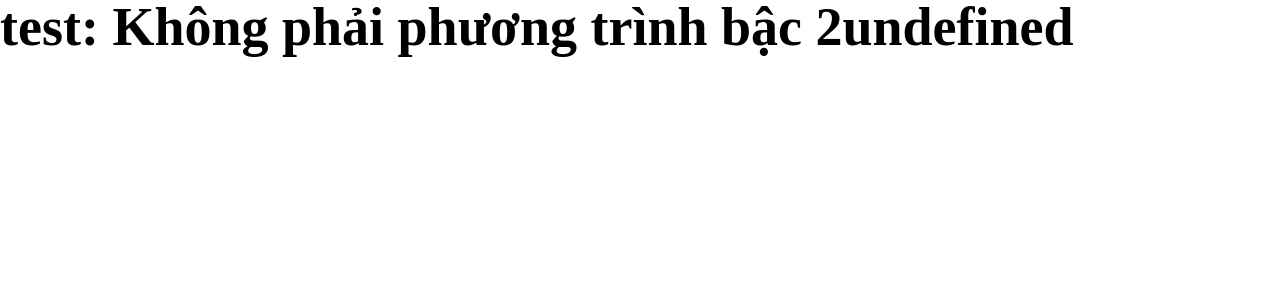
Repository: letrongtinh27/LapTrinhWeb
Page: PhuongTrinhBac2/index.html
The author's editor kept a copy of each file at every save. The page is drawn from the files as they stood at one save, then again after the next save.
The browser window is 1280 px wide. The pictures show the whole page.

Above is the page before, as saved 2022-10-13 17:15:36.

After the next save:
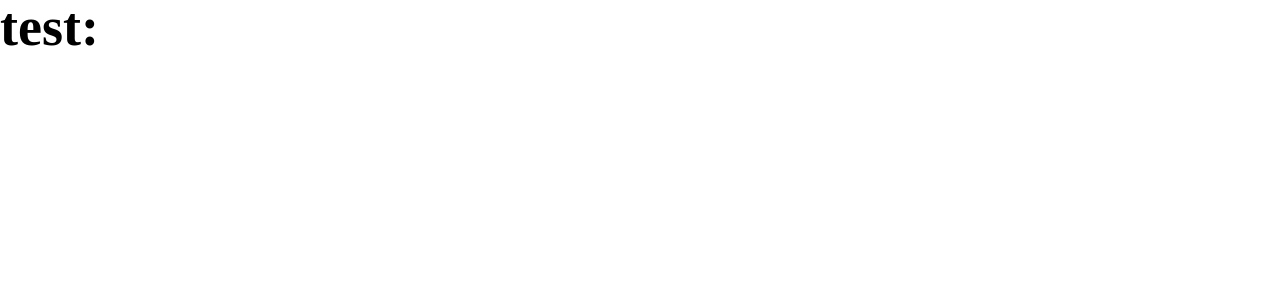
Saved 29 s later.
--- a/PhuongTrinhBac2/main.js
+++ b/PhuongTrinhBac2/main.js
@@ -1,37 +1,37 @@
-function ptb2(a, b, c) {
-    let delta = Math.pow(b,2);
-    if(a==0) {
-        document.write("Không phải phương trình bậc 2")
-    }
-    // let delta = Math.pow(b, 2) - 4 * a * c ;
-    // console.log(delta);
-    // if(a==0){
-        //     document.writeln("Không Phải Phương Trình Bậc 2");
-        // } else if(delta < 0) {
-            //     document.write("Phương Trình vô Ngiệm");
-            // } else if(delta = 0) {
-                //     var x = -(b/(2*a));
-                //     document.write("Phương Trình Có Ngiệm Kép = " + x);
-                // } else if(delta >0) {
-                    //     var x1 = (-(b + Math.sqrt(delta)) / (2 *a));
-                    //     var x2 = (-(b - Math.sqrt(delta)) / (2 *a));
-                    //     document.write("Phương Trình Có 2 Ngiệm Phân Biệt: " + "x1 = " + x1 + " x2= " + x2);
-                    // }
+// function ptb2(a, b, c) {
+//     let delta = Math.pow(b,2);
+//     if(a==0) {
+//         document.write("Không phải phương trình bậc 2")
+//     }
+//     // let delta = Math.pow(b, 2) - 4 * a * c ;
+//     // console.log(delta);
+//     // if(a==0){
+//         //     document.writeln("Không Phải Phương Trình Bậc 2");
+//         // } else if(delta < 0) {
+//             //     document.write("Phương Trình vô Ngiệm");
+//             // } else if(delta = 0) {
+//                 //     var x = -(b/(2*a));
+//                 //     document.write("Phương Trình Có Ngiệm Kép = " + x);
+//                 // } else if(delta >0) {
+//                     //     var x1 = (-(b + Math.sqrt(delta)) / (2 *a));
+//                     //     var x2 = (-(b - Math.sqrt(delta)) / (2 *a));
+//                     //     document.write("Phương Trình Có 2 Ngiệm Phân Biệt: " + "x1 = " + x1 + " x2= " + x2);
+//                     // }
 
-                    console.log(a);
-                    console.log(b);
-                    console.log(c);
-                    console.log(delta);
-}
-// var a = 1;
-// var b = -49;
-// var c = -50;
-// var result = ptb2(0, 1, 2);
-// console.log(result);
-// document.write("Phương Trình: " + a+"x^2" + b+"x" + c + "= " + result);
-let a = 0;
-let b =2;
-let c = 3;
+//                     console.log(a);
+//                     console.log(b);
+//                     console.log(c);
+//                     console.log(delta);
+// }
+// // var a = 1;
+// // var b = -49;
+// // var c = -50;
+// // var result = ptb2(0, 1, 2);
+// // console.log(result);
+// // document.write("Phương Trình: " + a+"x^2" + b+"x" + c + "= " + result);
+// let a = 0;
+// let b =2;
+// let c = 3;
 
-let result = ptb2(a,b,c);
-document.write(result);
+// let result = ptb2(a,b,c);
+// document.write(result);

After the save that followed:
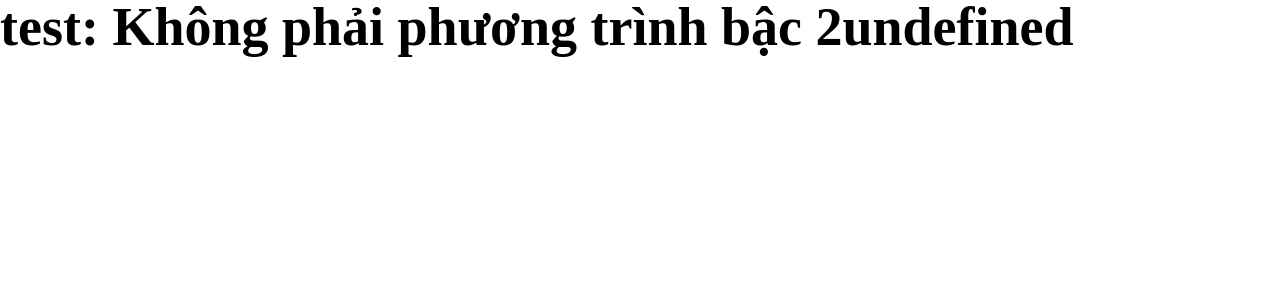
Saved 4 s later.
--- a/PhuongTrinhBac2/main.js
+++ b/PhuongTrinhBac2/main.js
@@ -1,37 +1,37 @@
-// function ptb2(a, b, c) {
-//     let delta = Math.pow(b,2);
-//     if(a==0) {
-//         document.write("Không phải phương trình bậc 2")
-//     }
-//     // let delta = Math.pow(b, 2) - 4 * a * c ;
-//     // console.log(delta);
-//     // if(a==0){
-//         //     document.writeln("Không Phải Phương Trình Bậc 2");
-//         // } else if(delta < 0) {
-//             //     document.write("Phương Trình vô Ngiệm");
-//             // } else if(delta = 0) {
-//                 //     var x = -(b/(2*a));
-//                 //     document.write("Phương Trình Có Ngiệm Kép = " + x);
-//                 // } else if(delta >0) {
-//                     //     var x1 = (-(b + Math.sqrt(delta)) / (2 *a));
-//                     //     var x2 = (-(b - Math.sqrt(delta)) / (2 *a));
-//                     //     document.write("Phương Trình Có 2 Ngiệm Phân Biệt: " + "x1 = " + x1 + " x2= " + x2);
-//                     // }
+function ptb2(a, b, c) {
+    let delta = Math.pow(b,2);
+    if(a==0) {
+        document.write("Không phải phương trình bậc 2")
+    }
+    // let delta = Math.pow(b, 2) - 4 * a * c ;
+    // console.log(delta);
+    // if(a==0){
+        //     document.writeln("Không Phải Phương Trình Bậc 2");
+        // } else if(delta < 0) {
+            //     document.write("Phương Trình vô Ngiệm");
+            // } else if(delta = 0) {
+                //     var x = -(b/(2*a));
+                //     document.write("Phương Trình Có Ngiệm Kép = " + x);
+                // } else if(delta >0) {
+                    //     var x1 = (-(b + Math.sqrt(delta)) / (2 *a));
+                    //     var x2 = (-(b - Math.sqrt(delta)) / (2 *a));
+                    //     document.write("Phương Trình Có 2 Ngiệm Phân Biệt: " + "x1 = " + x1 + " x2= " + x2);
+                    // }
 
-//                     console.log(a);
-//                     console.log(b);
-//                     console.log(c);
-//                     console.log(delta);
-// }
-// // var a = 1;
-// // var b = -49;
-// // var c = -50;
-// // var result = ptb2(0, 1, 2);
-// // console.log(result);
-// // document.write("Phương Trình: " + a+"x^2" + b+"x" + c + "= " + result);
-// let a = 0;
-// let b =2;
-// let c = 3;
+                    console.log(a);
+                    console.log(b);
+                    console.log(c);
+                    console.log(delta);
+}
+// var a = 1;
+// var b = -49;
+// var c = -50;
+// var result = ptb2(0, 1, 2);
+// console.log(result);
+// document.write("Phương Trình: " + a+"x^2" + b+"x" + c + "= " + result);
+let a = 0;
+let b =2;
+let c = 3;
 
-// let result = ptb2(a,b,c);
-// document.write(result);
+let result = ptb2(a,b,c);
+document.write(result);
